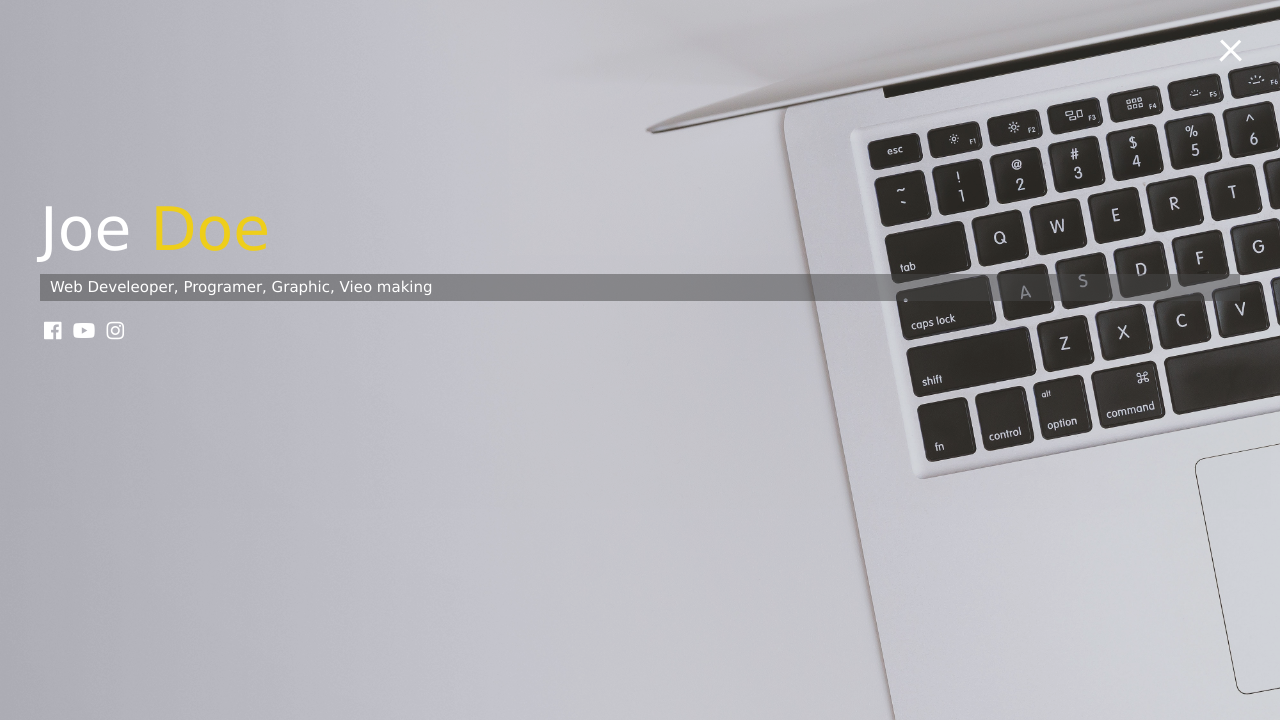
Repository: Zudoshi/morden-portfolio-test
Page: dist/index.html
These files come from the project's save history. The page is drawn as it stood at one moment and after the next save; the edit follows.
The browser window is 1280 px wide. The pictures show the whole page.
After loading, the first visible `div.menu-btn` was clicked once.
Some web libraries are served in a nearby version. The style sheet was rebuilt from its Sass, Less or Tailwind sources for each picture, by a compiler version that may differ from the author's.

Above is the page before, as saved 2019-12-29 22:57:58.

After the next save:
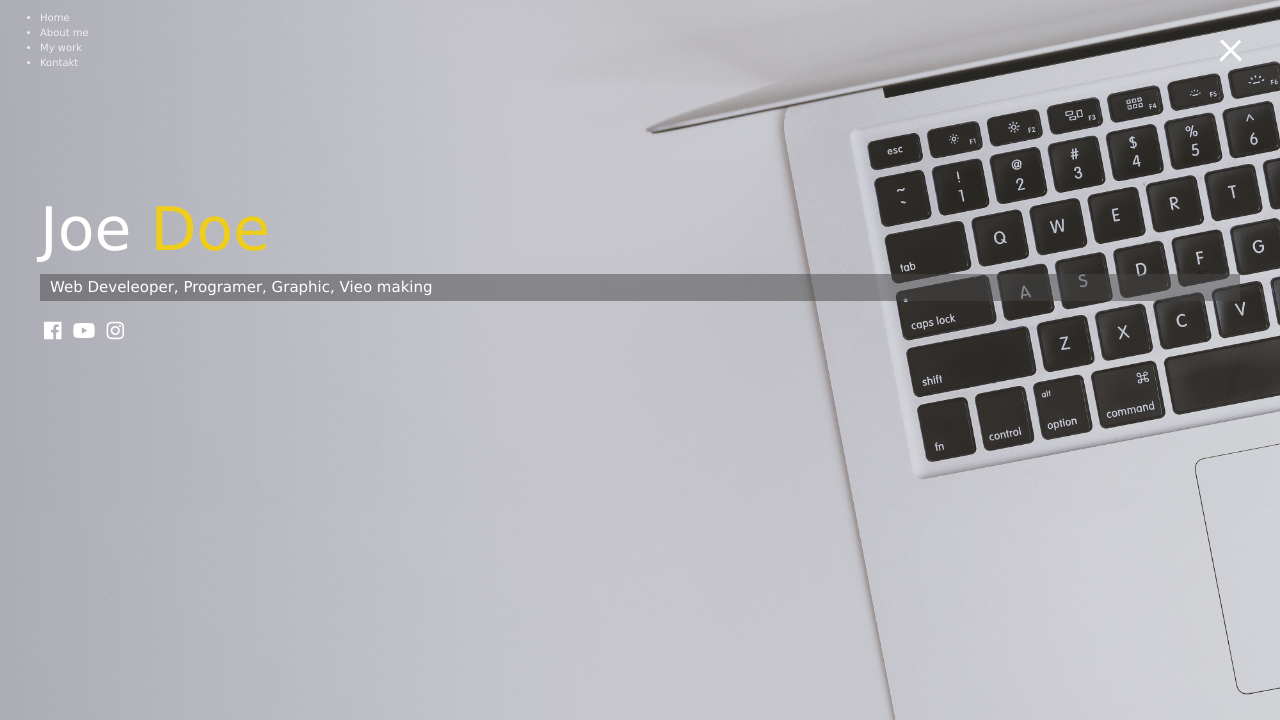
Saved 29 s later.
--- a/SCSS/_menu.scss
+++ b/SCSS/_menu.scss
@@ -48,4 +48,8 @@
     width: 100%;
     opacity: 0.8;
     visibility: hidden;
+
+    &.show {
+        visibility: visible;
+    }
 }
